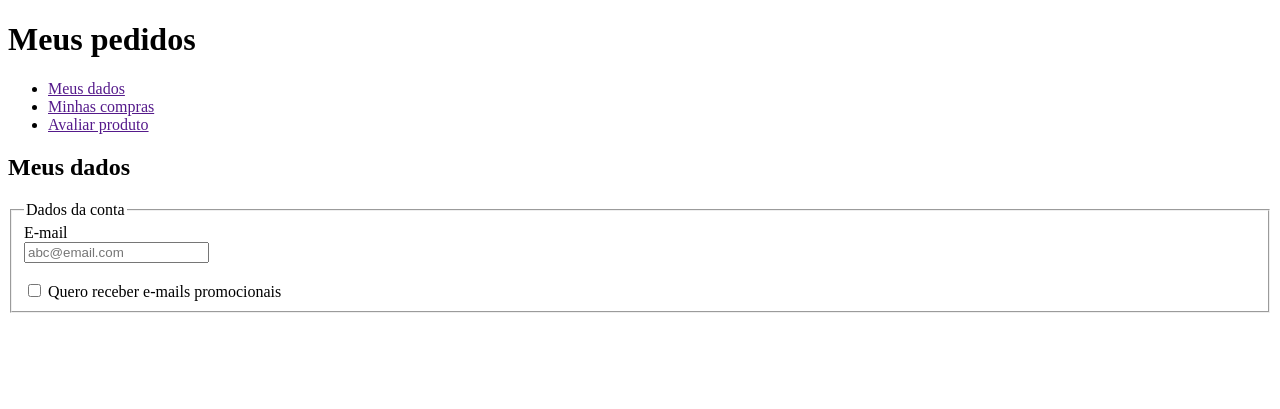
Repository: claudemir-camargo/site-compras
Page: index.html
The author's editor kept a copy of each file at every save. The page is drawn from the files as they stood at one save, then again after the next save.
The browser window is 1280 px wide. The pictures show the whole page.

Above is the page before, as saved 2024-02-27 20:15:54.

### index.html
<!DOCTYPE html>
<html lang="en">
<head>
    <meta charset="UTF-8">
    <meta name="viewport" content="width=device-width, initial-scale=1.0">
    <title>Document</title>
</head>
<body>
    <h1>Meus pedidos</h1>
    <ul>
        <li><a href="">Meus dados</a></li>
        <li><a href="">Minhas compras</a></li>
        <li><a href="">Avaliar produto</a></li>
    </ul>
    <h2>Meus dados</h2>
    <fieldset>
        <legend>Dados da conta</legend>
        <form>
            <label>E-mail</label><br>
            <input type="email" id="email" name="email" placeholder="abc@email.com"><br><br>
            <input type="checkbox">
            <label>Quero receber e-mails promocionais</label><br>
        </form>
    </fieldset>
</body>
</html>

After the next save:
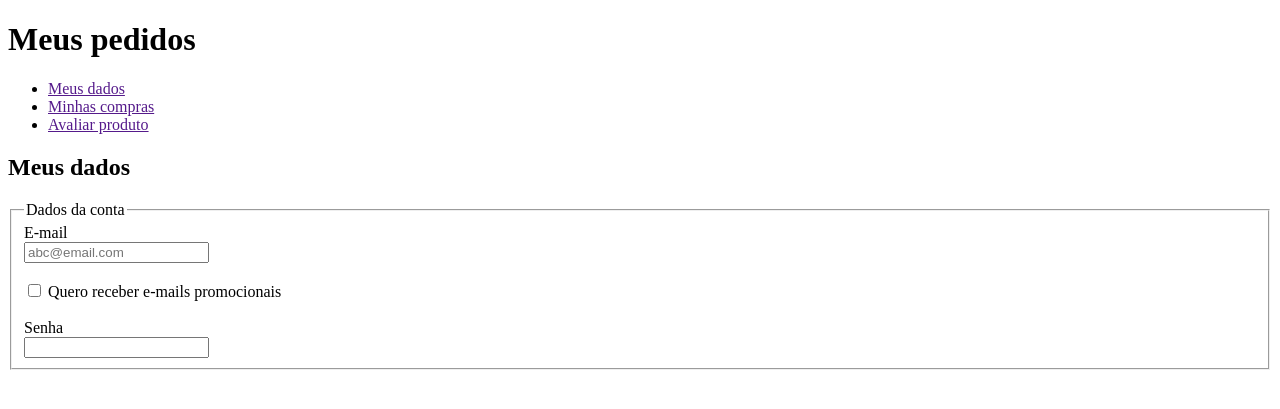
Saved 57 s later.
--- a/index.html
+++ b/index.html
@@ -19,7 +19,9 @@
             <label>E-mail</label><br>
             <input type="email" id="email" name="email" placeholder="abc@email.com"><br><br>
             <input type="checkbox">
-            <label>Quero receber e-mails promocionais</label><br>
+            <label>Quero receber e-mails promocionais</label><br><br>
+            <label>Senha</label><br>
+            <input type="password">
         </form>
     </fieldset>
 </body>
